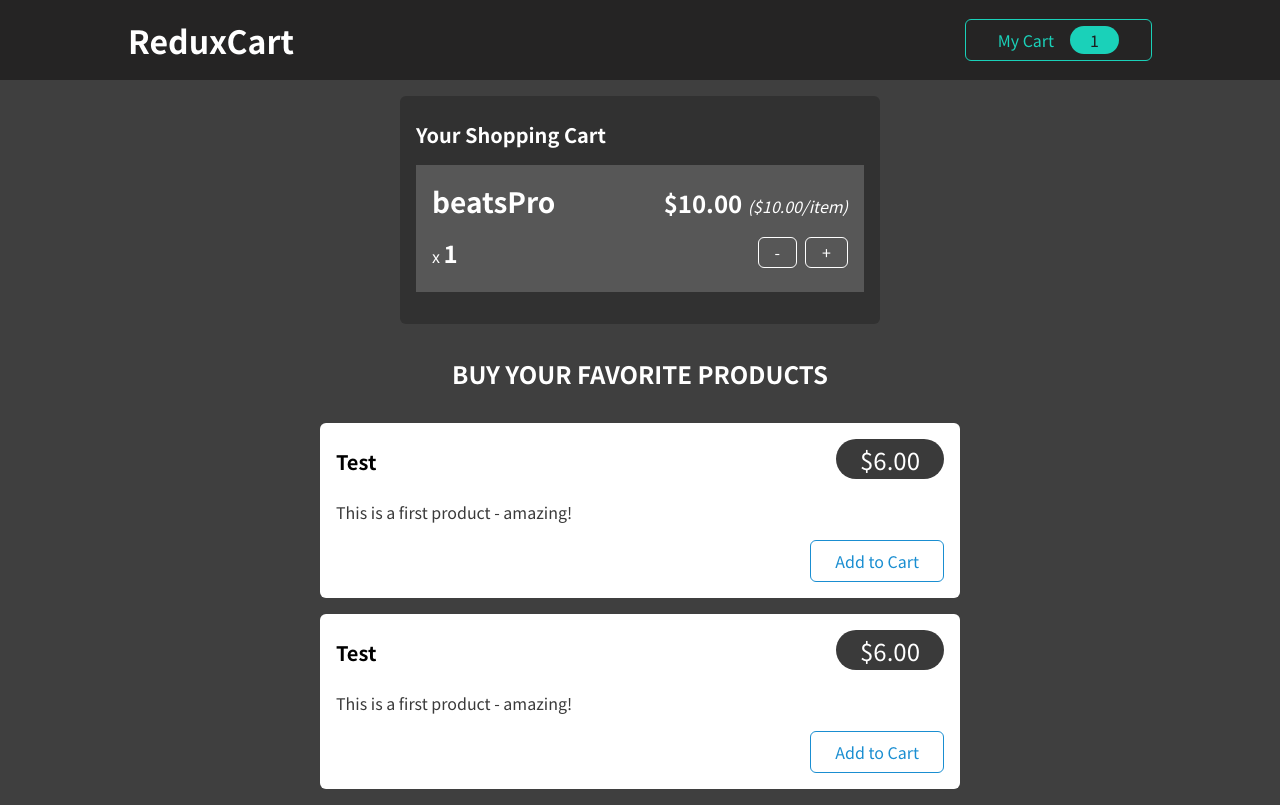
Repository: NamalPathirana/Redux-two-async
Page: /
An editor plug-in stored every save of this project. The page is shown before and after a run of saves, followed by the edit.
The browser window is 1280 px wide. The pictures show the whole page.
The project was rebuilt for these pictures with package versions that can differ from the ones it lists, and the page was loaded fresh each time.

Above is the page before, as saved 2022-04-13 16:54:11.

### src/index.js
import ReactDOM from 'react-dom/client';

import './index.css';
import App from './App';
import { Provider } from 'react-redux';
import store from './store/store';



const root = ReactDOM.createRoot(document.getElementById('root'));
root.render(<Provider store={store}><App /></Provider>);

### src/store/store.js
import { configureStore } from "@reduxjs/toolkit";
import cartSlice from "./cart"

const store = configureStore({
    reducer:{
        cart:cartSlice,
    },
});


export default store;

### src/components/Cart/Cart.js
import Card from "../UI/Card";
import classes from "./Cart.module.css";
import CartItem from "./CartItem";
import { useSelector } from "react-redux";

const Cart = (props) => {
  const cartItems = useSelector((state) => {
    return state.cart.items;
  });
  const totalQuantity = {};

  return (
    <Card className={classes.cart}>
      <h2>Your Shopping Cart</h2>
      <ul>
        {cartItems.map((item) => {
          return (
            <CartItem
              item={{ title: item.name, quantity: item.quantity, total: item.totalPrice, price: item.price}}
            />
          );
        })}
      </ul>
    </Card>
  );
};

export default Cart;

### src/components/Shop/Products.js
import ProductItem from "./ProductItem";
import classes from "./Products.module.css";
import { cartActions } from "../../store/cart";
import { useDispatch, useSelector } from "react-redux";
import { useEffect } from "react";

const Products = (props) => {
  const dispatch = useDispatch();

  useEffect(() => {
    dispatch(
      cartActions.addItemToCart({
        item: {
          id: 1,
          name: "beatsPro",
          description: "Wireless head set",
          quantity: 1,
          price: 10,
        },
      })
    );
  }, [dispatch]);

  const cartItems = useSelector((state) => state.cart.items);

  const productList = [
    {
      id: 1,
      name: "beatsPro",
      description: "Wireless head set",
      price: 10,
    },
    {
      id: 2,
      name: "Iphone",
      description: "space grey 5G",
      price: 10,
    },
  ];

  return (
    <section className={classes.products}>
      <h2>Buy your favorite products</h2>
      <ul>
        {productList.map((item) => {
          return (
            <ProductItem
              title="Test"
              price={6}
              description="This is a first product - amazing!"
            />
          );
        })}
      </ul>
    </section>
  );
};

export default Products;

### src/store/cart.js
import { createSlice } from "@reduxjs/toolkit";

// itemsTemplate = {items: [
//     {
//       id: 0,
//       name: "",
//       description: "",
//       quantity: 0,
//       price: 0,
//       totalPrice: 0,
//     },
//   ],}

const initialCartState = {
  items: [
  ],
  totalAmount: 0.0,
  totalItems:0,
};

const cartSlice = createSlice({
  name: "cart",
  initialState: initialCartState,
  reducers: {
    addItemToCart(state, actions) {
      if (actions.payload.item === null) return;

      const userEnteredItem = actions.payload.item;

      const existingItem = state.items.find(
        (item) => item.id === userEnteredItem.id
      );

      if (existingItem) {
        const itemQuantity = existingItem.reduce(
          (previousValue, currentItem) => {
            return previousValue + currentItem.quantity;
          },
          0
        );

        const newItem = { ...existingItem, quantity: itemQuantity };
        const newItemsList = {
          ...state.items.filter((obj) => obj.id !== newItem.id),
          existingItem,
        };

        state.items = newItemsList;
      } else {
        state.items.push({
          id: userEnteredItem.id,
          name: userEnteredItem.name,
          description: userEnteredItem.description,
          quantity: userEnteredItem.quantity,
          price: userEnteredItem.price,
          totalPrice: userEnteredItem.price * userEnteredItem.quantity,
        });
      }

      state.totalItems = state.items.reduce((previousValue,currentItem)=>{return previousValue+currentItem.quantity},0);

      state.totalAmount = state.items.reduce((previousValue, currentItem) => {
        return previousValue + currentItem.totalPrice;
      }, 0);
    },
  },
});

export const cartActions = cartSlice.actions;

export default cartSlice.reducer;

### src/components/Cart/CartItem.js
import classes from './CartItem.module.css';

const CartItem = (props) => {
  const { title, quantity, total, price } = props.item;

  return (
    <li className={classes.item}>
      <header>
        <h3>{title}</h3>
        <div className={classes.price}>
          ${total.toFixed(2)}{' '}
          <span className={classes.itemprice}>(${price.toFixed(2)}/item)</span>
        </div>
      </header>
      <div className={classes.details}>
        <div className={classes.quantity}>
          x <span>{quantity}</span>
        </div>
        <div className={classes.actions}>
          <button>-</button>
          <button>+</button>
        </div>
      </div>
    </li>
  );
};

export default CartItem;

### src/components/Shop/ProductItem.js
import Card from "../UI/Card";
import classes from "./ProductItem.module.css";

const ProductItem = (props) => {
  const { title, price, description } = props;

  return (
    <li className={classes.item}>
      <Card>
        <header>
          <h3>{title}</h3>
          <div className={classes.price}>${price.toFixed(2)}</div>
        </header>
        <p>{description}</p>
        <div className={classes.actions}>
          <button>Add to Cart</button>
        </div>
      </Card>
    </li>
  );
};

export default ProductItem;

### src/components/Cart/CartItem.module.css
.item {
  margin: 1rem 0;
  background-color: #575757;
  padding: 1rem;
}

.item h3 {
  margin: 0 0 0.5rem 0;
  font-size: 1.75rem;
}

.item header {
  display: flex;
  justify-content: space-between;
  align-items: baseline;
}

.details {
  display: flex;
  justify-content: space-between;
  align-items: center;
}

.quantity span {
  font-size: 1.5rem;
  font-weight: bold;
}

.price {
  font-size: 1.5rem;
  font-weight: bold;
}

.itemprice {
  font-weight: normal;
  font-size: 1rem;
  font-style: italic;
}

.actions {
  display: flex;
  justify-content: flex-end;
  margin: 0.5rem 0;
}

.actions button {
  background-color: transparent;
  border: 1px solid white;
  margin-left: 0.5rem;
  padding: 0.15rem 1rem;
  color: white;
}

.actions button:hover,
.actions button:active {
  background-color: #4b4b4b;
  color: white;
}

### src/components/Cart/CartButton.js
import classes from './CartButton.module.css';
import {useSelector} from "react-redux";

const CartButton = () => {

  const cartItemCount = useSelector(
    (state)=>{
      return state.cart.totalItems;
    }
  );

  return (
    <button className={classes.button}>
      <span>My Cart</span>
      <span className={classes.badge}>{cartItemCount}</span>
    </button>
  );
};

export default CartButton;

Loaded but not shown: public/index.html (common file); src/index.css (common file); src/App.js (common file); src/components/Layout/Layout.js (common file); src/components/UI/Card.js (common file); src/components/Cart/Cart.module.css (common file); src/components/Layout/MainHeader.js (common file); src/components/Shop/Products.module.css (common file); src/components/UI/Card.module.css (common file); src/components/Layout/MainHeader.module.css (common file); src/components/Shop/ProductItem.module.css (common file); src/components/Cart/CartButton.module.css (common file)

After the next 2 saves:
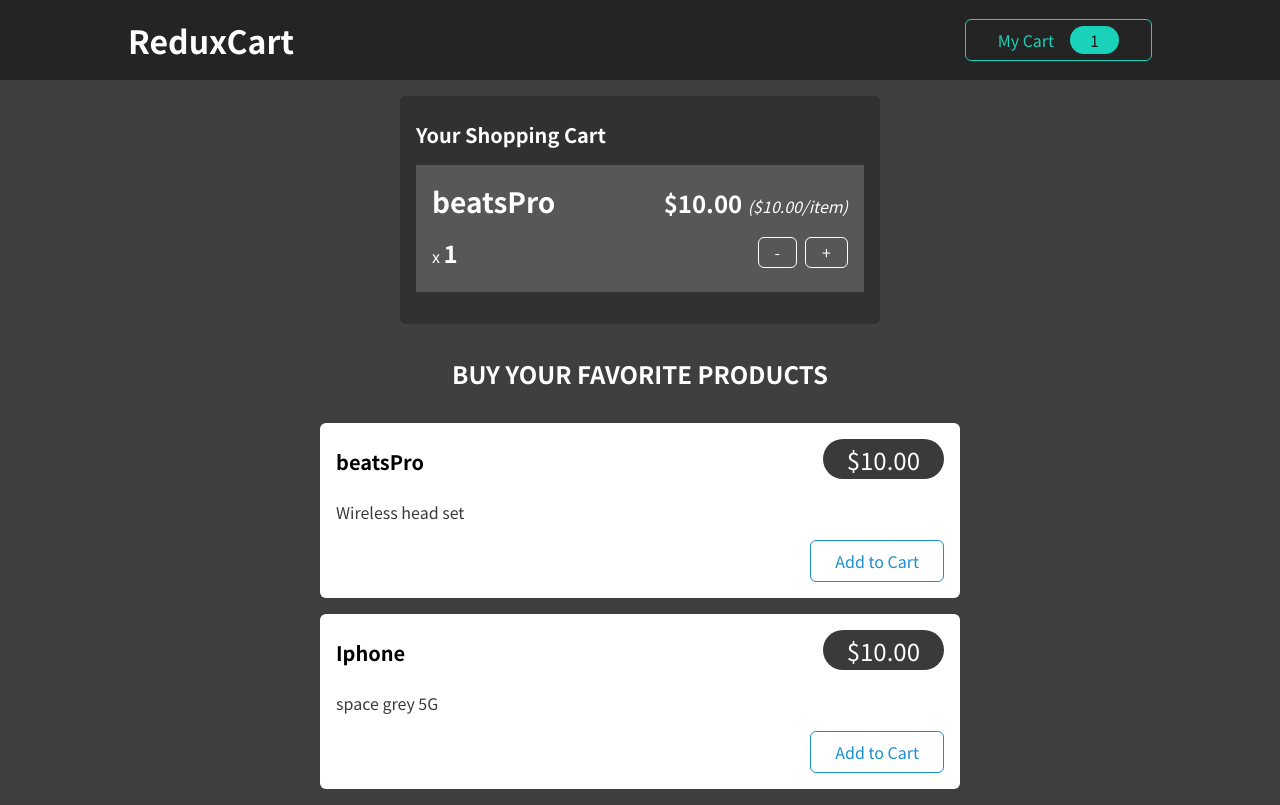
The 2 saves are shown as one change because 1 did not build or start.
The last was saved 62 s later.
--- a/src/components/Shop/Products.js
+++ b/src/components/Shop/Products.js
@@ -45,9 +45,9 @@
         {productList.map((item) => {
           return (
             <ProductItem
-              title="Test"
-              price={6}
-              description="This is a first product - amazing!"
+              title={item.name}
+              price={item.price}
+              description={item.description}
             />
           );
         })}
